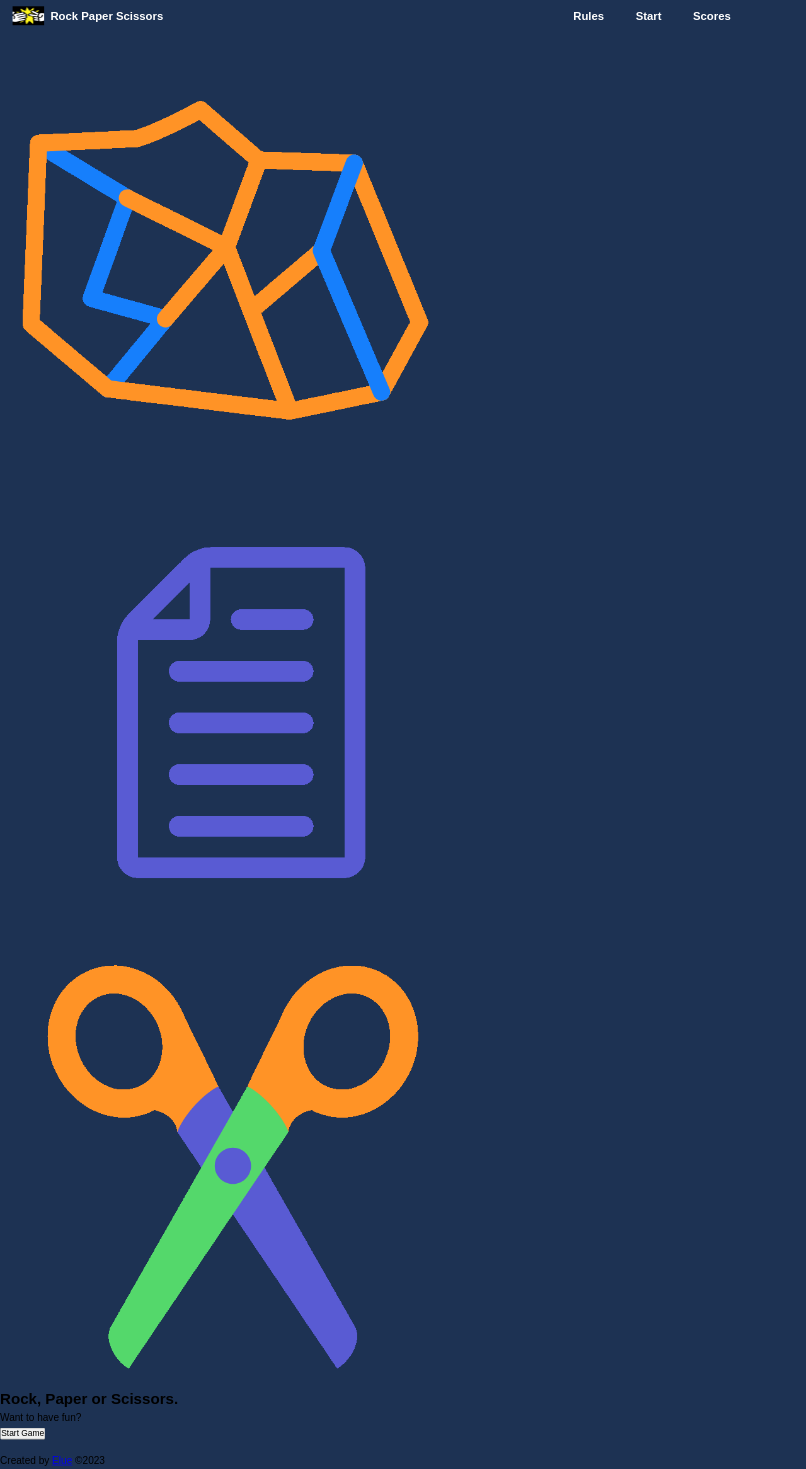
Repository: MikkyPrestige/rock-paper-scissors
Page: index.html
These files come from the project's save history. The page is drawn as it stood at one moment and after the next save; the edit follows.
The browser window is 1280 px wide. The pictures show the whole page, at 63% of full size.

Above is the page before, as saved 2023-05-08 04:17:20.

After the next save:
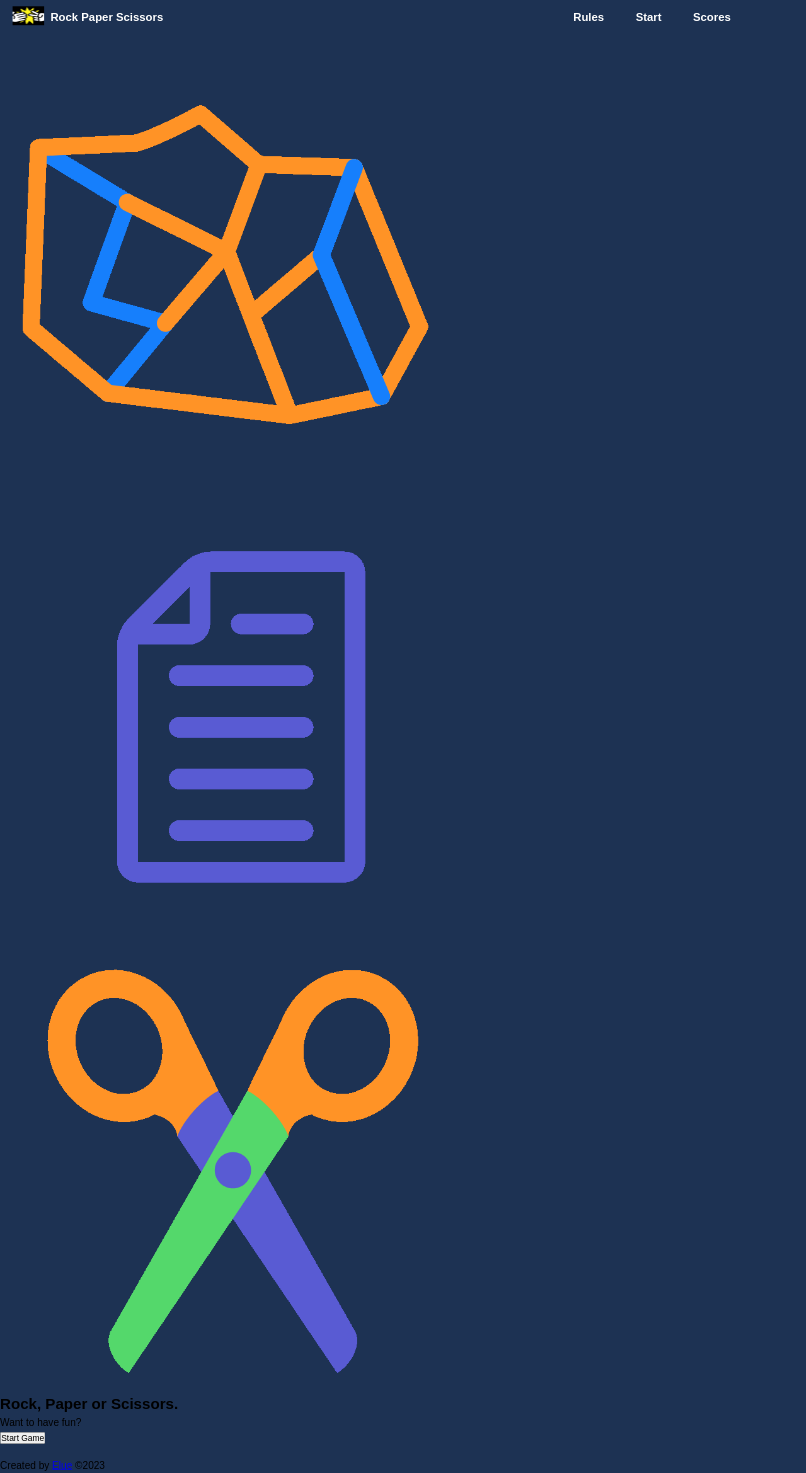
Saved 55 s later.
--- a/index.html
+++ b/index.html
@@ -14,7 +14,9 @@
   <main>
     <header>
       <figure>
-        <img src="./img/logo.png" alt="Logo" class="logo">
+        <a href="/">
+          <img src="./img/logo.png" alt="Logo" class="logo">
+        </a>
         <figcaption>Rock Paper Scissors</figcaption>
       </figure>
       <nav>
